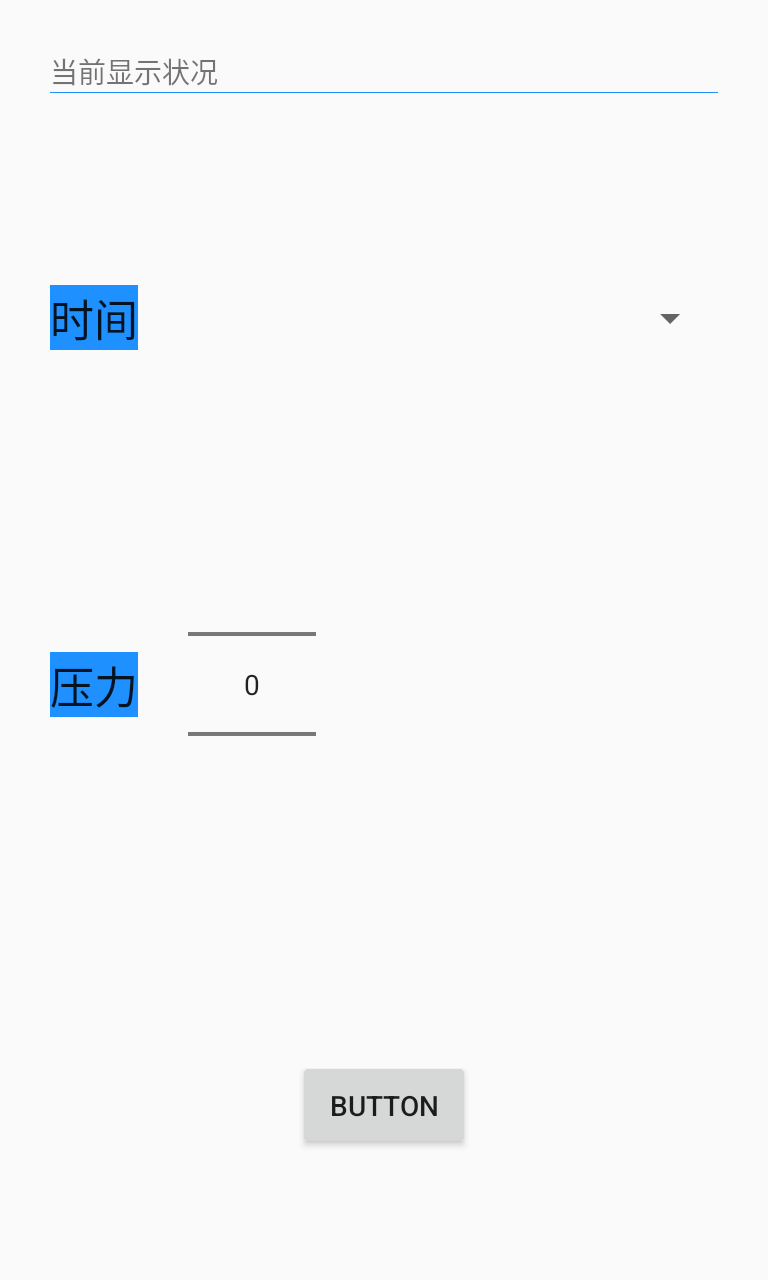
Repository: mimimy/MassagePro
Layout: BLE-Version/MassageTool/res/layout/base_pager.xml
An editor plug-in stored every save of this project. The layout is shown before and after the next save, followed by the edit.
It is drawn on a 768 x 1280 px phone screen (xhdpi) without system bars, with theme AppTheme; the app's code is not run.

Above is the layout before, as saved 2018-07-29 04:04:56.

### BLE-Version/MassageTool/res/layout/base_pager.xml
<LinearLayout xmlns:android="http://schemas.android.com/apk/res/android"
    xmlns:tools="http://schemas.android.com/tools"
    android:layout_width="match_parent"
    android:padding="50px"
    android:layout_height="fill_parent"
    android:orientation="vertical" >

	<LinearLayout
	    android:layout_width="match_parent"
	    android:layout_height="wrap_content"
	    android:orientation="vertical"
	    android:layout_weight="2">
	  <TextView
        android:id="@+id/tv_show"
        android:layout_width="match_parent"
        android:layout_height="wrap_content"
        android:layout_gravity="center_vertical"
        android:text="当前显示状况" />
      <TextView
        android:background="#1E90FF"
        android:layout_width="fill_parent"
        android:layout_height="1px"/>
	</LinearLayout>

    <LinearLayout
        android:layout_width="match_parent"
        android:layout_height="wrap_content"
        android:orientation="horizontal"
        android:gravity="center_vertical"
        android:layout_weight="1">

        <TextView
            android:id="@+id/textView2"
            android:layout_width="wrap_content"
            android:layout_height="wrap_content"
            android:background="#1E90FF"
            android:textAppearance="?android:attr/textAppearanceLarge"
            android:text="时间" />

        <Spinner
            android:id="@+id/spinner_time"
            android:layout_marginLeft="50px"
            android:layout_width="match_parent"
            android:layout_height="wrap_content"/>
    </LinearLayout>

    <LinearLayout
        android:layout_width="match_parent"
        android:layout_height="wrap_content"
        android:orientation="horizontal"
        android:gravity="center_vertical"
        android:layout_weight="3">


        <TextView
            android:id="@+id/textView3"
            android:background="#1E90FF"
            android:layout_width="wrap_content"
            android:layout_height="wrap_content"
            android:textAppearance="?android:attr/textAppearanceLarge"
            android:text="压力" />

        <NumberPicker
            android:id="@+id/picker_pressure"
            android:layout_marginLeft="50px"
            android:layout_width="wrap_content"
            android:layout_height="wrap_content" />
    </LinearLayout>

    <LinearLayout
        android:layout_width="fill_parent"
        android:layout_height="wrap_content"
        android:gravity="center"
        android:layout_weight="2">

        <Button
            android:id="@+id/btn_click"
            android:layout_width="wrap_content"
            android:layout_height="wrap_content"
            android:text="Button" />

    </LinearLayout>

</LinearLayout>

### BLE-Version/MassageTool/res/values/styles.xml
<resources>

    <!--
        Base application theme, dependent on API level. This theme is replaced
        by AppBaseTheme from res/values-vXX/styles.xml on newer devices.
    -->
    <style name="AppBaseTheme" parent="android:Theme.Light">
        <!--
            Theme customizations available in newer API levels can go in
            res/values-vXX/styles.xml, while customizations related to
            backward-compatibility can go here.
        -->
    </style>

    <!-- Application theme. -->
    <style name="AppTheme" parent="AppBaseTheme">
        <!-- All customizations that are NOT specific to a particular API-level can go here. -->

    </style>

     <style name="OverflowStyle">
         <item name="android:src">@drawable/blooth</item>
         <item name="android:actionOverflowButtonStyle">@style/OverflowStyle</item>
      </style>
</resources>

Loaded but not shown: BLE-Version/MassageTool/res/values-v11/styles.xml (common file); BLE-Version/MassageTool/res/values-v14/styles.xml (common file)

After the next save:
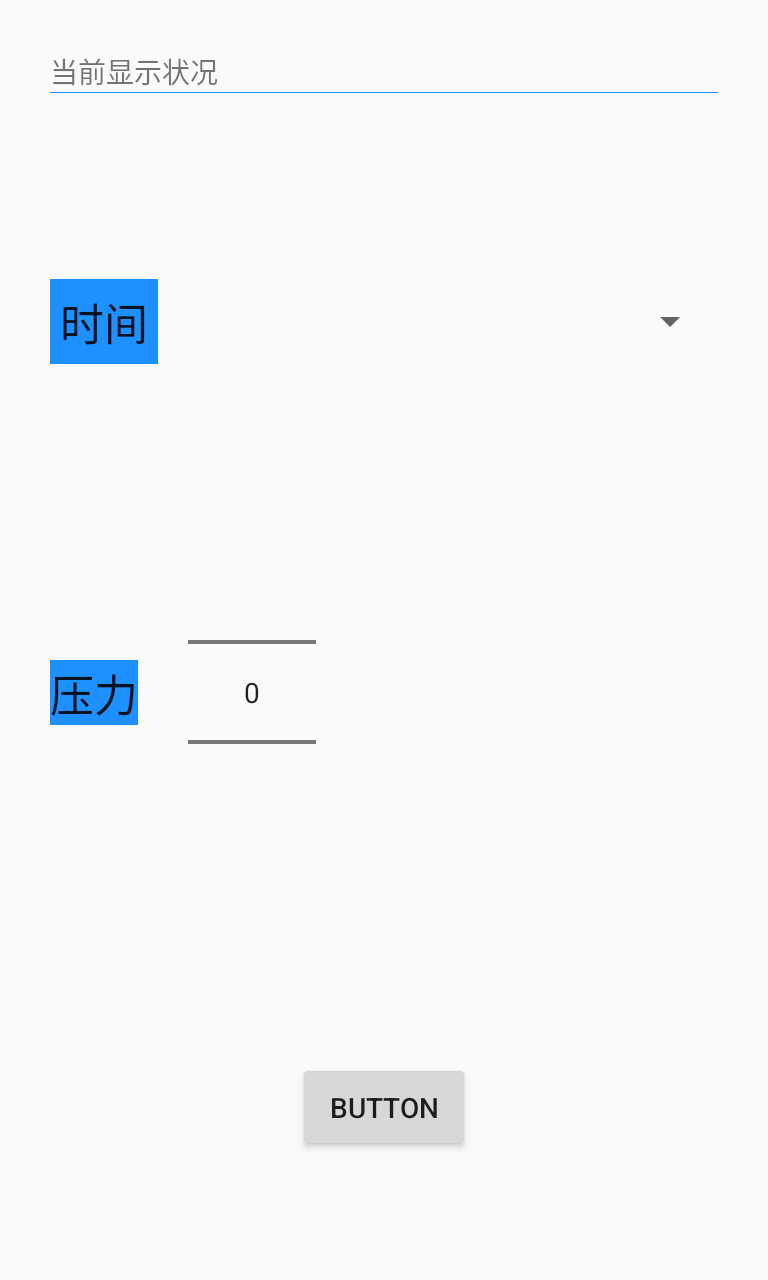
Saved 49 s later.
--- a/BLE-Version/MassageTool/res/layout/base_pager.xml
+++ b/BLE-Version/MassageTool/res/layout/base_pager.xml
@@ -34,6 +34,7 @@
             android:layout_width="wrap_content"
             android:layout_height="wrap_content"
             android:background="#1E90FF"
+            android:padding="10px"
             android:textAppearance="?android:attr/textAppearanceLarge"
             android:text="时间" />
 
